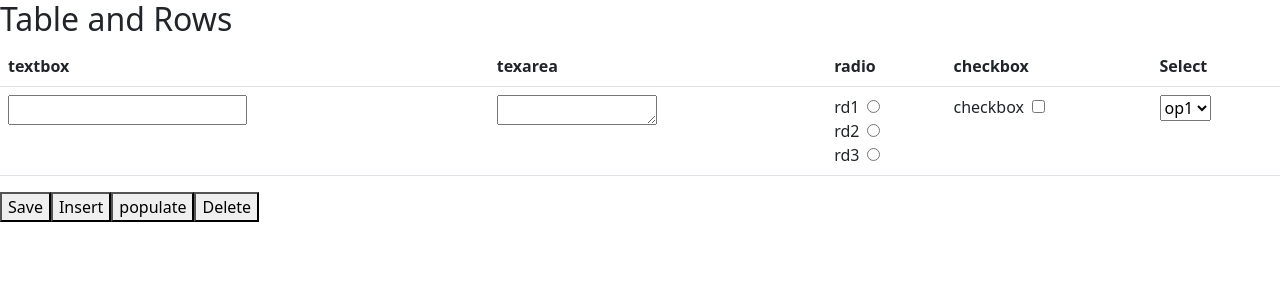
Repository: ishanbassi/iotasol-assignments
Page: /iotasol/work-8
An editor plug-in stored every save of this project. The page is shown before and after the next save, followed by the edit.
The browser window is 1280 px wide. The pictures show the whole page.
The project was rebuilt for these pictures with package versions that can differ from the ones it lists, and the page was loaded fresh each time. Some packages were replaced by stand-ins written for this rebuild. The framework's server and built-in components were replaced by stand-ins that run in the browser. Also part of the build but not shown: styles/global.css.

Above is the page before, as saved 2022-11-09 17:19:53.

After the next save:
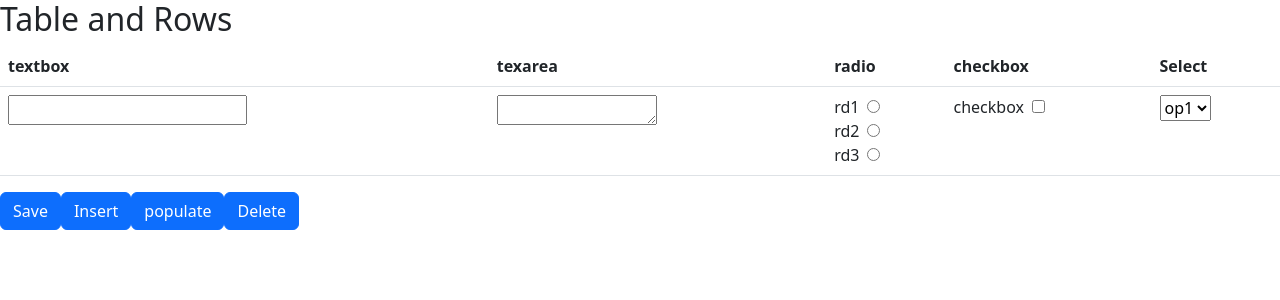
Saved 37 s later.
--- a/pages/iotasol/work-8.tsx
+++ b/pages/iotasol/work-8.tsx
@@ -1,4 +1,4 @@
-import { Table } from "react-bootstrap"
+import { Table, Button } from "react-bootstrap"
 import { useState } from "react"
 export default function App() {
     const [count, setCount] = useState(1)
@@ -52,10 +52,10 @@ export default function App() {
                 </tbody>
             </Table>
             <div>
-                <button type="button" name="save">Save</button>
-                <button type="button" name="insert">Insert</button>
-                <button type="button" name="populate">populate</button>
-                <button type="button" name="delete">Delete</button>
+                <Button type="button" name="save">Save</Button>
+                <Button type="button" name="insert">Insert</Button>
+                <Button type="button" name="populate">populate</Button>
+                <Button type="button" name="delete">Delete</Button>
             </div>
             <style jsx>{`
                     label{
